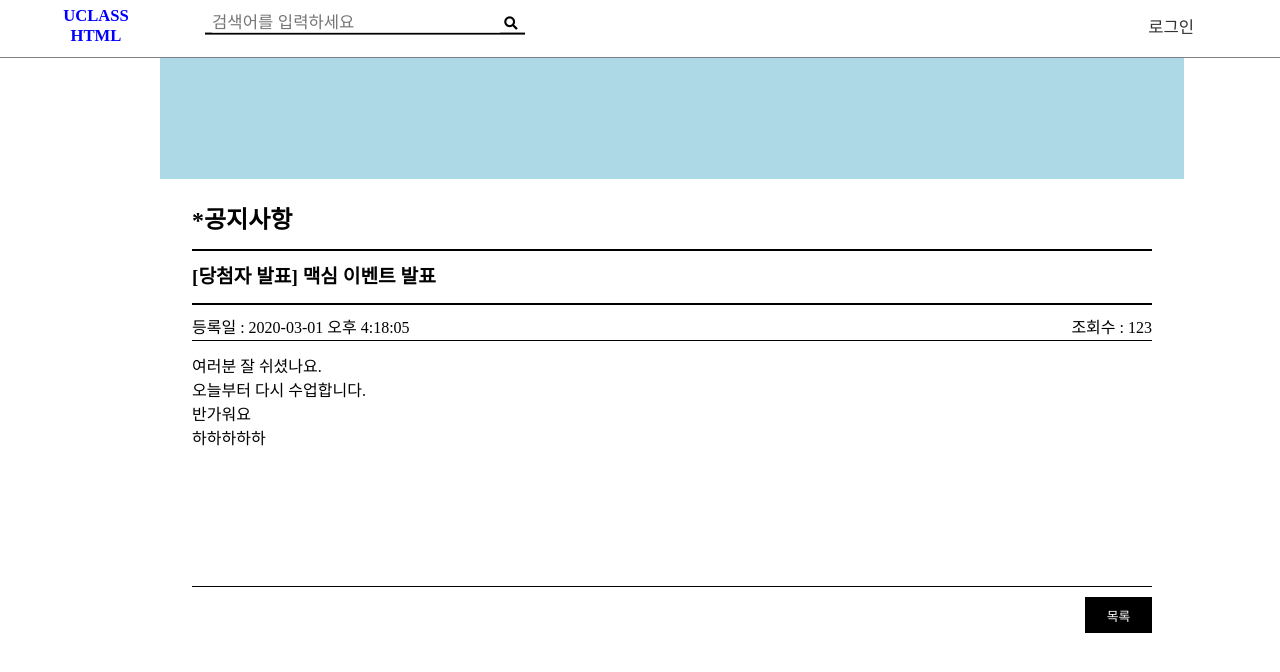
Repository: madhandz5/MyJavaPractice
Page: http://localhost/servletBM/WEB-INF/views/board/boardView.jsp
An editor plug-in stored every save of this project. The page is shown before and after the next save, followed by the edit.
The browser window is 1280 px wide. The pictures show the whole page.
The page is served by Tomcat 9. Nobody is signed in. Other server files are loaded and not shown. The template is opened directly, without the code that normally fills it, so the values that code supplies are empty.

Above is the page before, as saved 2020-04-22 12:43:20.

### JS_HTML/servletBM/WebContent/WEB-INF/views/board/boardView.jsp
<%@ page language="java" contentType="text/html; charset=UTF-8"
    pageEncoding="UTF-8"%>
<%@ taglib prefix="c" uri="http://java.sun.com/jsp/jstl/core"%>

<!DOCTYPE html>
<html>
<head>
<meta charset="UTF-8">
<link rel="stylesheet" href="resources/css/common.css" />
<link rel="stylesheet" href="resources/css/icon/all.css" />
<link rel="stylesheet" media="screen and (min-width: 1100px)"
	href="resources/css/Web.css" />
<title>Document</title>
</head>
<body>
	<div class="content">
		<div class="topWrapper">
			<div class="top">
				<div class="topLogo">
					<b>UCLASS <br>HTML
					</b>
				</div>
				<div class="topSearchBar">
					<input Type="text" placeholder="검색어를 입력하세요">
					<button value="" class="">
						<i class="fas fa-search" style="color: black"></i>
					</button>
				</div>
				<div class="topLogin">
					<a href="login.html">로그인</a>
				</div>
			</div>
		</div>
		<div class="floatdiv">
		<div class="Menu">
			<div class="MenuBox"></div>
		</div>
		<div class="notice">
			<h2>
				<span>*공지사항</span>
			</h2>
		</div>

		<div class="notice-detail">
			<div class="notice-title">
				<h4 class="reset">[당첨자 발표] 맥심 이벤트 발표</h4>
			</div>
			<div class="info">
				<span>등록일 : 2020-03-01 오후 4:18:05</span> <span class="more">
					조회수 : 123 </span>
			</div>
			<div class="text">
				여러분 잘 쉬셨나요.<br /> 오늘부터 다시 수업합니다.<br /> 반가워요 <br /> 하하하하하<br />
			</div>
			<div class="section-button">
				<a href="#!"><span>목록</span></a>
			</div>
		</div>




	</div>
</body>
</html>

### JS_HTML/servletBM/WebContent/resources/css/common.css
	html,body{
		margin:0%;
		padding:0;
		height:100%;
	}

	h1, h2, h3, h4, h5, h6, dl, dt, dd, ul, li, ol, th, td, p, blockquote,form,fieldset, legend, input
	{
   		margin: 0;
    	padding: 0;
		border:none;
	}


	/* reset */
	body,div,dl,dt,dd,ul,ol,li,h1,h2,h3,h4,h5,h6,pre,code,form,fieldset
	,legend,textarea,p,blockquote,th,td,input,select,textarea,button,nav,section,footer,aside
	{margin:0;padding:0; position:relative;}
	fieldset,img {border:0 none}
	dl,ul,ol,menu,li {list-style:none}
	blockquote, q {quotes: none}
	blockquote:before, blockquote:after,q:before, q:after {content:'';content:none}
	input,select,textarea,button {vertical-align:middle}
	button {border:0 none;background-color:transparent;cursor:pointer; outline: 0; }
	a {color:#333;text-decoration:none;}
	a:active, a:hover {text-decoration:none;}
	address,caption,cite,code,dfn,em,var {font-style:normal;font-weight:normal}

	form{width:100%; height:100%;}

	div{
		color: black;
		text-align: center;
		box-sizing: border-box;
	/* 	box-shadow:
			1px 0 0 0 grey,
			0 1px 0 0 grey,
			1px 1px 0 0 grey,
			1px 0 0 0 grey inset,
			0 1px 0 0 grey inset;	  */
	}

	.topWrapper{
		top:0%;
		height:8%;
		width:100%;
		position:fixed;
		z-index:999;
	}

	.top{
		position:absolute;
		top:0%;
		width:100%;
		height: 100%;
		overflow: hidden;
		z-index:1;
		background-color: white;
		font-size:1.3vw;
		margin-right: 1%;
		border-bottom:1px solid grey;
	}

	.top .topLogo{
		top:10%;
		width: 15%;
		height:100%;
		float:left;
		color:blue;
	}

	.top .topSearchBar{
		width: 25%;
		float:left;
		transform: translateY(50%);
		margin-left:1%;
		border-bottom:2px solid;
		min-width:100px;
	}

	.topSearchBar input[type=text]{
		width: 90%;
		height:90%;
		font-size:1.3vw;
	}

	.top .topLogin{
		float: right;
		width: 15%;
		height:50%;
		margin-right:1%;
		transform: translateY(50%);
	}

	.top .topLogOut{
		float: right;
		width: 22%;
		height:50%;
		margin-right:1%;
		transform: translateY(50%);
	}

### JS_HTML/servletBM/WebContent/resources/css/web.css
	.content{
		height:100%;
		width:100%;
	}

	.floatdivWrapper{
		position:fixed;
		width:6%;
		padding-top:20%;
		left:2%; /* 창에서 오른쪽 길이 */
		top:35%; /* 창에서 위에서 부터의 길이 */
		z-index:999;

	}

	.floatdiv{
		position:absolute;
		width:100%;
		height:100%;
		background-color:white;
		top:0%;
	}

	.floatdiv h3{
		width:100%;
		height:10%;
		color:blue;
		border-bottom:1px solid blue;
	}

	.floatdiv ul{
		width:100%;
		height:90%;
		padding:0%;
	}

	.floatdiv .d1{
		width:100%;
		height:25%;
		border-bottom:1px solid lightblue;
	}

	.d1 i{
		display:block;
		transform:translateY(40%);
		height:60%;
	}

	.d1 a{
		display:block;
		transform:translateY(10%);
		height:30%;
		font-size:1vw;

	}

	.floatdiv li:hover {
		background-color:lightblue;
	}

	.middle{
		width : 100%;
		top:8%;
		padding-top:40%;
		background-image : url('../image/mainBanner.jpg');
		background-repeat: no-repeat;
		background-size: cover;
	}

	.siteTitleWrapper{
		position:absolute;
		width:60%;
		padding-top:25%;
		float:left;
		left: 20%;
		top:20%;
	}

	.sitetitle{
		height:30%;
		font-size : 5vw;
		transform: translateY(100%);
	}

	.siteTitle{
		position:absolute;
		width:100%;
		height:100%;
		background-color: rgba( 255, 255, 255, 0.5);
		float:left;
		top:0%;
	}

	.search{
		width:100%;
		height:12%;
		transform: translateY(300%);
		background-color:white ;
		overflow:hidden;
	}

	.search input[type=text]{
		float:left;
		height:100%;
		width: 70%;
		font-size:1.5vw;
		margin-left:1%;
		padding:0;

	}

	.searchButton{
		float:left;
		width:20%;
		height:100%;
		font-size:1.5vw;
		background-color:red;
		color:white;
	}

	.searchButton p{
		height:50%;
		transform: translateY(50%);
		font-weight: bold;
	}

	.searchIcon{
		float:left;
		width:5%;
		height:50%;
		transform: translateY(40%);
		font-size:2vw;
		outline: 0;
	}

	.searchIcon i{
		height:50%;
	}

	.planShop{
		position:realtive;
		color: white;
		width: 80%;
		padding-bottom:15%;
		margin:0 auto;
	}

	.planShopMenu{
		position:absolute;
		background-color:lightblue;
		width:100%;
		height:100%;
	}

	.planShopMenu div{
		width: 20%;
		margin-left:2%;
		height: 100%;
		display:inline-block;
		font-size:1.5vw;
	}

	.planShopMenu i{
		font-size:8vw;
		margin-top:15%;
	}

	.product{
		height:auto;
		width:80%;
		top:1%;
		margin:0 auto;
	}

	.productWrapper{
		width:100%;
		padding-top:120%;
	}

	.productBox{
		position:absolute;
		height:100%;
		width:100%;
		top: 0;
		left: 0;
	}

	.issueTitle{
		width : 100%;
		height : 4%;
		background-color:blue;
		font-size:2vw;
		font-weight:bold;
		color:white;
	}

	.productLine{
		overflow: hidden;
		height:19%;
		margin-top:1%;
		margin-bottom:1%;
	}
	.productItem{
		float:left;
		width:17%;
		left:10%;
		height:100%;
		margin-left:3%;
	}

	.bookImg{
		height:80%;
		width:100%;
	}

	.bookImg img{
		max-width:100%;
		min-width:100%;
		max-height:100%;
		min-height:100%;
		box-shadow: 2px 2px 5px black;
	}

	.bookTitle{
		margin-top:4%;
		font-size:1vw;
		font-weight:bold;
		height:20%;
	}

	.bottom{
		background-color: lightgrey;
		color: white;
		height:20%;
	}


	/* Login */

	.wrap{

		width:100%;
		height:100%;
		background-image:url('../image/loginCover.jpg');
		background-size:cover;
	}

	.memberBox{

		padding-top:30%;
		width:30%;
		left:35%;
		top:50%;
		transform:translateY(-50%);
	}

	.login{
		position:absolute;
		top:0%;
		width:100%;
		height:100%;
		font-size:2vw;
		background-color:white;
		border:2px white;
		border-radius:20px;
	}

	.loginText{
	    border-bottom: 2px solid lightgreen;
	    width:70%;
	    margin-bottom:5%;
	    font-size:1.5vw;
	}

	.login p{
		font-weight:bold;
		margin-top:10%;
		margin-bottom:5%;

	}

	.login .btn{

		display:block;
		width:60%;
		height:10%;
		background-color:red;
		border:2px red;
		border-radius:6px;
		transform: translateX(33%);
	}

	.login .checkMsg{

		display:block;
		background-color:red;
		font-size:1vw;
		color:white;

	}

	.login button{
		color:white;
		font-size:1.5vw;
		top:0%;
		left:0%;
	}

	/* board  */

	.Menu{

		overflow: hidden;
		color: white;
		width: 100%;
		padding-bottom:10%;
		margin-top:4%;
	}

	.MenuBox{
		position:absolute;
		background-color:lightblue;
		width:80%;
		height:100%;
		left:12.5%;
	}

	.notice{

		text-align: left;
		width:75%;
		height:10%;
		left:15%;
		border-bottom:2px solid;
	}

	.notice h2{

		top:50%;
		transform:translateY(-50%);
		height:40%;
	}

	.search-box{

		width:75%;
		left:15%;
		height:60%;
	}

	.noticelist{
		width:100%;
		height:90%;
	}

	.noticelist th{
		 font-size: 1.5vw;
		 background-color: grey;
		 color:white;
	}

	.noticelist td{
		  border-bottom: 1px solid lightgrey;
	}

	.paging{
		height:10%;
		font-size:1.5vw;
	}

	.notice-detail{

		text-align: left;
		width:75%;
		height:50%;
		left:15%;
	}

	.notice-title{
		width:100%;
		height:15%;

		text-align: left;
		font-size:1.5vw;
		padding:1% 0 1% 0;
		border-bottom:2px solid;
	}

	.info{
		width:100%;
		height:10%;

		float:left;
		text-align: left;
		border-bottom:1px solid;
	}

	.info span{
		width:50%;
		height:50%;

		float:left;
		transform:translateY(50%);
	}

	.more{
		width:50%;
		height:10%;

		float:right;
		text-align: right;
	}

	.text{
		text-align: left;
		height:65%;
		width:100%;
		margin-top:5%;
		border-bottom:1px solid;
	}

	.section-button{
		margin-top:1%;
		width:7%;
		height:10%;
		float:right;
		background-color:black;
	}

	.section-button a{
		display:block;
		width:100%;
		height:50%;
		transform:translateY(50%);
		font-size:1vw;
		font-weight:border;
		color:white;
	}

	.bookUse{
		overflow:hidden;
		width:90%;
		left:3%;
		transform:translateY(-600%);
		position:absolute;
		display:none;
	}

	.bookUse div{
		float:left;
		width:50%;
	}

	.bookUse div a{
		font-size:1.5vw;
		color:white;
	    font-weight: bolder;
	    background-color:black;
	}

	.bdWrapper{
		overflow:hidden;
		width:70%;
		left:30%;
	}


	.bookimg{
		float:left;
		width:30%;
	}

	.bookinfo{
		float:left;
		width:70%;
	}

### JS_HTML/servletBM/WebContent/WEB-INF/views/include/header.jsp
<%@ page language="java" contentType="text/html; charset=UTF-8"
	pageEncoding="UTF-8"%>
<%@ taglib prefix="c" uri="http://java.sun.com/jsp/jstl/core"%>

<!DOCTYPE html PUBLIC "-//W3C//DTD HTML 4.01 Transitional//EN" "http://www.w3.org/TR/html4/loose.dtd">
<html>
<head>
<meta charset="UTF-8">
<!--viewport: 모바일브라우저에서 사용하는 가상의 window
  	데스크탑의 사이트를 모바일에 표시하려고 하면 좁은 모바일 화면에 사이트를 표시하려다 보니
  	요소들의 크기가 작아져 사용자가 사용하기 불편해진다. 확대해서 보든가 해야함...
  	이때 viewport메타태그를 이용하면 너비나 배율을 조정할 수 있다.
  	width: 넓이
  	initial-scale : 배율
  	웹환경에서는 무시되는 태그이다.
    -->
<meta name="viewport" content="width=device-width, initial-scale=2.0">
<link rel="stylesheet" href="/servletBM/resources/css/common.css" />
<!--
		orientation:portrait //단말기 세로방향
		orientation:landscape //단말기 가로방향

		min-aspect-ratio : 최소 화면 비율
		max-aspect-ratio : 최대 화면 비율

		브라우저화면상에서는 깨져서 나옴 ㅠㅠ 하지마셈
	 -->
<link rel="stylesheet" media="screen and (min-aspect-ratio:4/3) "
	href="/servletBM/resources/css/web.css" />
<link rel="stylesheet" media="screen and (max-aspect-ratio:4/3)"
	href="/servletBM/resources/css/Mob.css" />
<link rel="stylesheet" href="/servletBM/resources/css/icon/all.css" />

### JS_HTML/servletBM/WebContent/WEB-INF/views/include/top.jsp
<%@ page language="java" contentType="text/html; charset=UTF-8"
	pageEncoding="UTF-8"%>
<%@ taglib prefix="c" uri="http://java.sun.com/jsp/jstl/core"%>

<!DOCTYPE html PUBLIC "-//W3C//DTD HTML 4.01 Transitional//EN" "http://www.w3.org/TR/html4/loose.dtd">
<html>
<head>
<meta http-equiv="Content-Type" content="text/html; charset=UTF-8">
<title>Insert title here</title>
</head>
<body>
	<header class="topWrapper">
	<div class="top">
		<div class="topLogo">
			<b>UCLASS <br>HTML
			</b>
		</div>

		<div class="topSearchBar">
			<form action="<%=request.getContextPath()%>/book/booksearch.do">
				<input Type="text" name="searchBook" placeholder="검색어를 입력하세요">
				<button value="" class="">
					<i class="fas fa-search" style="color: black"></i>
				</button>
			</form>
		</div>

		<c:if test="${sessionScope.loginInfo == null }">
			<div class="topLogin">
				<a href="/servletBM/member/login.do">로그인</a> / <a
					href="/servletBM/member/join.do">회원가입</a>
			</div>
		</c:if>
		<c:if test="${sessionScope.loginInfo != null }">
			<div class="topLogin">
				<a href="/servletBM/mypage/mypage.do">${sessionScope.loginInfo.m_id }님
					환영합니다. MyPage</a> / <a href="/servletBM/member/logoutimple.do">Logout</a>
			</div>
		</c:if>
	</div>
	</header>
</body>
</html>

### JS_HTML/servletBM/WebContent/WEB-INF/views/include/floatDiv.jsp
<%@ page language="java" contentType="text/html; charset=UTF-8"
	pageEncoding="UTF-8"%>
<%@ taglib prefix="c" uri="http://java.sun.com/jsp/jstl/core"%>

<!DOCTYPE html PUBLIC "-//W3C//DTD HTML 4.01 Transitional//EN" "http://www.w3.org/TR/html4/loose.dtd">
<html>
<head>
<meta http-equiv="Content-Type" content="text/html; charset=UTF-8">
<title>Insert title here</title>
</head>
<body>
	<aside class="floatdivWrapper">
	<div class="floatdiv">
		<!-- lnb -->
		<h3 class="subject">
			<span> - 메뉴</span>
		</h3>
		<ul class="fdlist">
			<!-- d1 -->
			<li class="d1"><i class="far fa-clipboard"></i> <a
				href="/servletBM/notice/noticelist.do"><span>공지사항</span></a></li>
			<li class="d1"><i class="fas fa-search-plus"></i> <a href="#!"><span>도서검색</span></a>
			</li>
			<li class="d1"><i class="far fa-question-circle"></i> <a
				href="#!"><span>고객센터</span></a></li>
			<li class="d1"><i class="fas fa-users"></i> <a href="#!"><span>About
						us</span></a></li>
		</ul>
		<!-- // d1 -->
	</div>
	</aside>

### JS_HTML/servletBM/WebContent/resources/css/Mob.css
	.content{
		height:100%;
		width:100%;
	}

	.floatdiv{
		position:fixed;
		display:none;
		width:6%;
		height:40%;
		left:2%; /* 창에서 오른쪽 길이 */
		top:45%; /* 창에서 위에서 부터의 길이 */
		background-color:green;
	}

	.middle{
		background-color: lightgrey;
		color: white;
		width : 100%;
		padding-top:40%;
		background-image : url('../image/loginCover.jpg');
		background-repeat: no-repeat;
		background-size: cover;
	}

	.siteTitleWrapper{
		position:absolute;
		width:60%;
		padding-top:25%;
		float:left;
		left: 20%;
		top:20%;
	}


	.sitetitle{
		height:30%;
		font-size : 5vw;
		transform: translateY(100%);
	}

	.siteTitle{
		position:absolute;
		width:100%;
		height:100%;
		background-color: rgba( 255, 255, 255, 0.5);
		float:left;
		top:0%;
	}

	.search{
		width:100%;
		height:12%;
		transform: translateY(300%);
		background-color:white ;
		border-bottom:2px solid;

	}

	.search input[type=text]{
		height:100%;
		width: 70%;
		font-size:1.5vw;
		margin-left:1%;
		padding:0;
		float:left;
	}

	.searchButton{
		width:20%;
		height:100%;
		font-size:1.5vw;
		background-color:red;
		color:white;
		float:left;
		overflow:hidden;
	}

	.searchButton p{
		height:50%;
		transform: translateY(50%);
		font-weight: bold;
	}

	.searchIcon{
		float:left;
		width:5%;
		height:50%;
		transform: translateY(40%);
		font-size:2vw;
		outline: 0;
	}

	.searchIcon i{
		height:50%;
	}

	.planShop{
		overflow: hidden;
		color: white;
		width: 80%;
		padding-bottom:15%;
		margin:0 auto;
		transform: translateY(-20%);
	}

	.planShopMenu{
		position:absolute;
		background-color:lightblue;
		width:100%;
		height:100%;
	}

	.planShopMenu div{
		width: 20%;
		margin-left:2%;
		height: 100%;
		display:inline-block;
		overflow:hidden;
		font-size:1.5vw;
	}

	.planShopMenu i{
		font-size:8vw;
		margin-top:15%;
	}


	.product{
		height:auto;
		width:80%;
		margin:0 auto;
	}

	.productWrapper{
		width:100%;
		padding-top:430%;
	}

	.productBox{
		position:absolute;
		height:100%;
		width:100%;
		top: 0;
		left: 0;
	}

	.issueTitle{
		width : 100%;
		margin-top:1%;
		height : 1%;
		background-color:blue;
		font-size:2vw;
		font-weight:bold;
		color:white;
	}

	.productLine{
		overflow: hidden;
		height:23%;
		margin-top:1%;
		margin-bottom:1%;
	}

	.productItem{
		float:left;
		width:38%;
		left:9%;
		height:50%;
		margin-left:2%;
	}

	.bookImg{
		height:80%;
		width:100%;
	}

	.bookImg img{
		max-width:100%;
		min-width:100%;
		max-height:100%;
		min-height:100%;
		box-shadow: 2px 2px 5px black;
	}

	.bookTitle{
		margin-top:4%;
		font-size:1vw;
		font-weight:bold;
		height:20%;
	}

	.bottom{
		background-color: lightgrey;
		color: white;
		height:20%;
	}

	.bookUse{
		overflow:hidden;
		width:90%;
		left:3%;
		transform:translateY(-600%);
		position:absolute;
		display:none;
	}

	.bookUse div{
		float:left;
		width:50%;
	}

	.bookUse div a{
		font-size:1.5vw;
		color:white;
	    font-weight: bolder;
	    background-color:black;
	}

	.bdWrapper{
		overflow:hidden;
		width:70%;
		left:30%;
	}


	.bookimg{
		float:left;
		width:30%;
	}

	.bookinfo{
		float:left;
		width:70%;
	}

Loaded but not shown: JS_HTML/servletBM/WebContent/resources/css/icon/all.css (library)

After the next save:
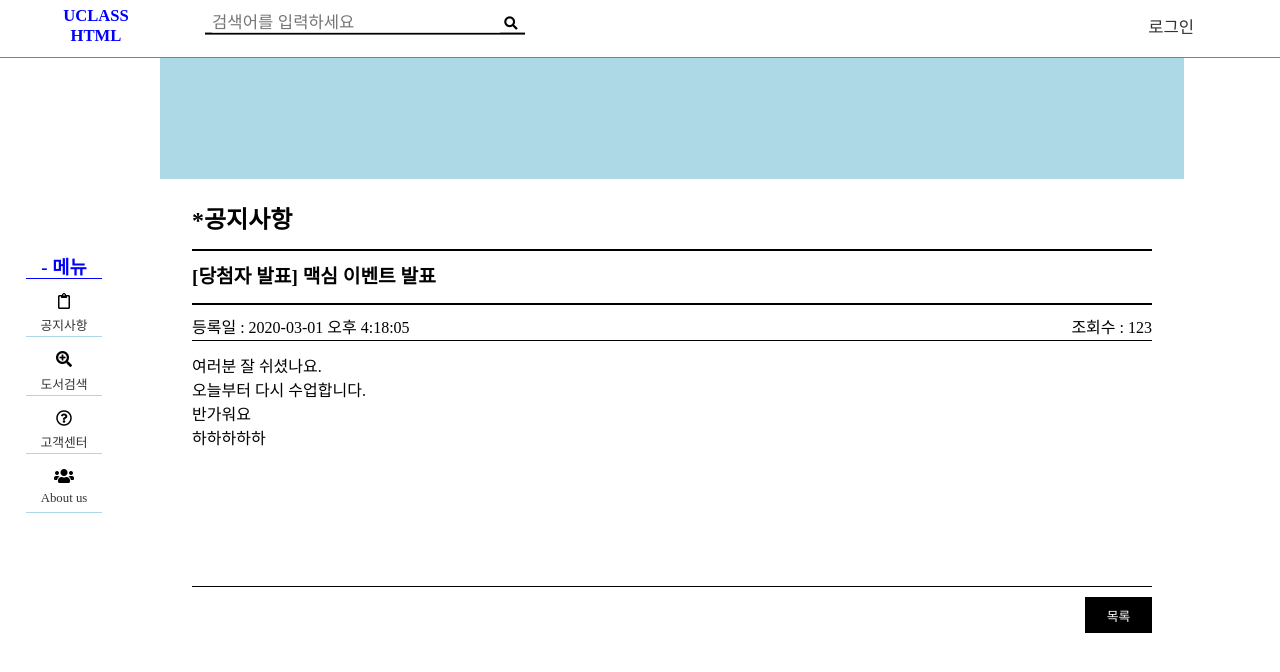
Saved 38 s later.
--- a/JS_HTML/servletBM/WebContent/WEB-INF/views/board/boardView.jsp
+++ b/JS_HTML/servletBM/WebContent/WEB-INF/views/board/boardView.jsp
@@ -1,5 +1,5 @@
 <%@ page language="java" contentType="text/html; charset=UTF-8"
-    pageEncoding="UTF-8"%>
+	pageEncoding="UTF-8"%>
 <%@ taglib prefix="c" uri="http://java.sun.com/jsp/jstl/core"%>
 
 <!DOCTYPE html>
@@ -11,8 +11,11 @@
 <link rel="stylesheet" media="screen and (min-width: 1100px)"
 	href="resources/css/Web.css" />
 <title>Document</title>
+<%@ include file="../include/header.jsp"%>
 </head>
 <body>
+	<%@include file="../include/top.jsp"%>
+	<%@include file="../include/floatDiv.jsp"%>
 	<div class="content">
 		<div class="topWrapper">
 			<div class="top">
@@ -32,34 +35,32 @@
 			</div>
 		</div>
 		<div class="floatdiv">
-		<div class="Menu">
-			<div class="MenuBox"></div>
-		</div>
-		<div class="notice">
-			<h2>
-				<span>*공지사항</span>
-			</h2>
-		</div>
+			<div class="Menu">
+				<div class="MenuBox"></div>
+			</div>
+			<div class="notice">
+				<h2>
+					<span>*공지사항</span>
+				</h2>
+			</div>
 
-		<div class="notice-detail">
-			<div class="notice-title">
-				<h4 class="reset">[당첨자 발표] 맥심 이벤트 발표</h4>
+			<div class="notice-detail">
+				<div class="notice-title">
+					<h4 class="reset">[당첨자 발표] 맥심 이벤트 발표</h4>
+				</div>
+				<div class="info">
+					<span>등록일 : 2020-03-01 오후 4:18:05</span> <span class="more">
+						조회수 : 123 </span>
+				</div>
+				<div class="text">
+					여러분 잘 쉬셨나요.<br /> 오늘부터 다시 수업합니다.<br /> 반가워요 <br /> 하하하하하<br />
+				</div>
+				<div class="section-button">
+					<a href="#!"><span>목록</span></a>
+				</div>
 			</div>
-			<div class="info">
-				<span>등록일 : 2020-03-01 오후 4:18:05</span> <span class="more">
-					조회수 : 123 </span>
-			</div>
-			<div class="text">
-				여러분 잘 쉬셨나요.<br /> 오늘부터 다시 수업합니다.<br /> 반가워요 <br /> 하하하하하<br />
-			</div>
-			<div class="section-button">
-				<a href="#!"><span>목록</span></a>
-			</div>
-		</div>
 
 
-
-
-	</div>
+		</div>
 </body>
 </html>
